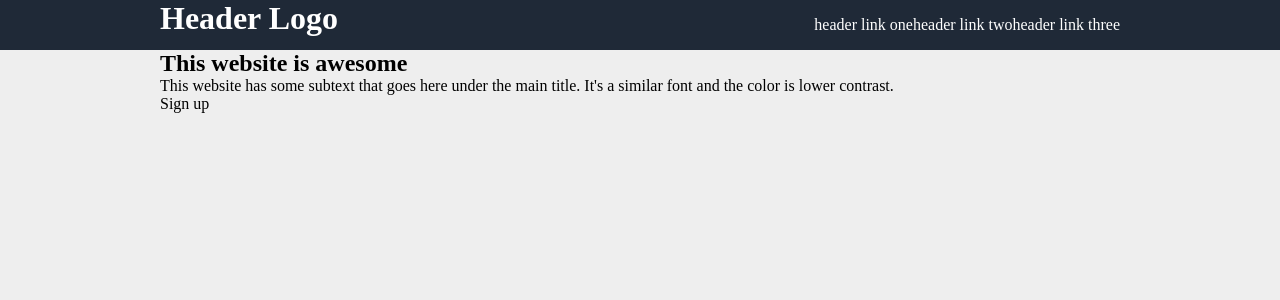
Repository: Pafestivo/Dummy-Landing-Page
Page: index.html
An editor plug-in stored every save of this project. The page is shown before and after the next save, followed by the edit.
The browser window is 1280 px wide. The pictures show the whole page.

Above is the page before, as saved 2022-09-26 17:46:41.

After the next save:
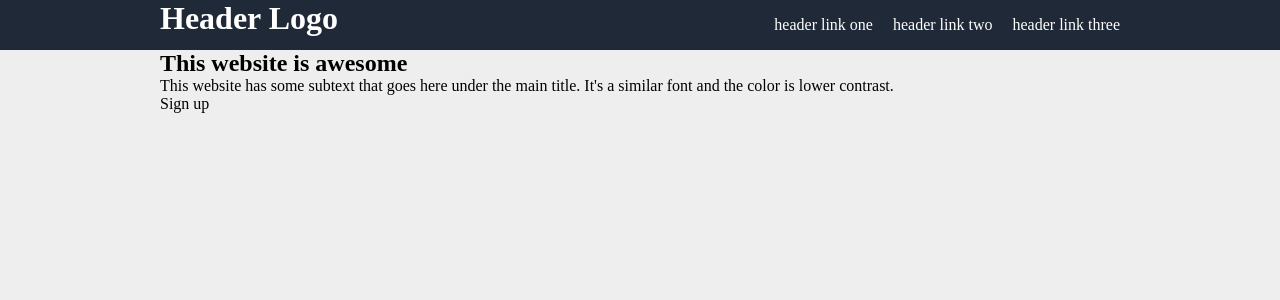
Saved 8 s later.
--- a/styles.css
+++ b/styles.css
@@ -35,6 +35,6 @@ header nav {
   display: flex;
   min-height: 50px;
   align-items: center;
-  justify-content: space-between;
+  gap: 20px;
 }
 /* End head area  */
